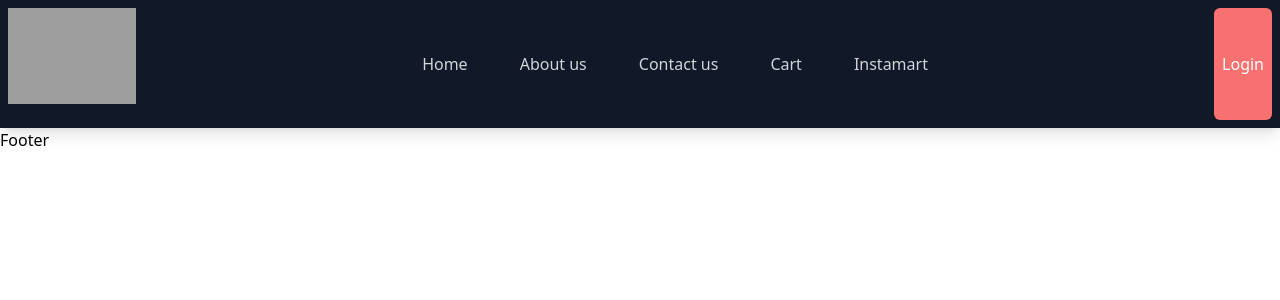
Repository: shivamv97/FOOD-VILLA-APP
Page: /
These files come from the project's save history. The page is drawn as it stood at one moment and after the next save; the edit follows.
The browser window is 1280 px wide. The pictures show the whole page.
Pictures or frames that could not be fetched are drawn as grey boxes. The page's requests for data from a server got no answer. The project was rebuilt for these pictures with package versions that can differ from the ones it lists, and the page was loaded fresh each time. No one was signed in, and anything a server would have sent is missing. Also part of the build but not shown: src/components/RestaurantCards.js, src/components/About.js, src/components/Error.js, src/components/ContactUs.js, src/utils/useRestaurant.js, src/components/RestaurantMenu.js, src/components/Profile.js.

Above is the page before, as saved 2024-09-27 16:24:48.

### index.html
<!DOCTYPE html>
<html lang="en" class="m-0 p-0">
  <head>
    <meta charset="UTF-8" />
    <meta name="viewport" content="width=device-width, initial-scale=1.0" />
    <title>Learning REACT</title>
    <link rel="stylesheet" href="style.css" />
    <!-- <script src="https://cdn.tailwindcss.com"></script> -->
  </head>
  <body>
    <div id="root">Not Rendered</div>
    <!-- <script
      crossorigin
      src="https://unpkg.com/react@18/umd/react.development.js"
    ></script>
    <script
      crossorigin
      src="https://unpkg.com/react-dom@18/umd/react-dom.development.js"
    ></script> -->
    <script type="module" src="src/App.js"></script>
  </body>
</html>

### src/App.js
import React, { lazy, Suspense } from "react";
import ReactDOM from "react-dom/client";
import HeaderComponent from "./components/Title";
import Body from "./components/Body";
import Footer from "./components/Footer";
import About from "./components/About";
import Error from "./components/Error";
import Contact from "./components/ContactUs";
import RestaurantMenu from "./components/RestaurantMenu";
import Profile from "./components/Profile";
import { createBrowserRouter, RouterProvider, Outlet } from "react-router-dom";
import Shimmer from "./components/Shimmer";
// import Instamart from "./components/Instamart";

const Instamart = lazy(() => import("./components/Instamart")); //Lazy Loading
//Return Promise

const AppLayout = () => {
  return (
    <>
      <HeaderComponent />
      <Outlet />
      <Footer />
    </>
  );
};

const appRouter = createBrowserRouter([
  {
    path: "/",
    element: <AppLayout />,
    errorElement: <Error />,
    children: [
      //Nested Routing
      {
        path: "/",
        element: <Body />,
      },
      {
        path: "/About", //parentPath/{path} => localhost:1234/about/profile
        element: <About />,
        children: [
          {
            path: "profile", //parentPath/{path} => localhost:1234/about/profile
            element: <Profile />,
          },
        ],
      },
      {
        path: "/Contact",
        element: <Contact />,
      },
      {
        path: "/Restaurant/:restaurantId", //Dynamic Routing
        element: <RestaurantMenu />,
      },
      {
        path: "/Instamart",
        element: (
          <Suspense fallback={<Shimmer />}>
            <Instamart />
          </Suspense>
        ),
      },
    ],
  },
]);

const root = ReactDOM.createRoot(document.getElementById("root"));

root.render(<RouterProvider router={appRouter} />);
//root will render according to the AppRouter

### src/components/Title.js
import { useState, useContext } from "react";
import { Link } from "react-router-dom";
import UserContext from "../utils/UserContext";
import useOnline from "../utils/useOnline";

const LoggedInUser = () => {
  //API used for authentication
  return true;
};

const Title = () => (
  <a href="/ ">
    <img
      className="h-28 p-2"
      alt="logo"
      src="https://encrypted-tbn0.gstatic.com/images?q=tbn:ANd9GcTJtFXKFKFoihdrJEvX4jBtXqfcO2kJ0KAlIg&s"
    />
  </a>
);

const HeaderComponent = () => {
  const [isLoggedIn, setisLoggedIn] = useState(false);

  const isOnline = useOnline();

  const user = useContext(UserContext);
  return (
    <div className="flex justify-between bg-gray-900 shadow-lg">
      <Title />
      <div className="nav-items">
        <ul className="flex py-10 gap-9 px-2">
          <li className="rounded-md py-3 px-2 font-medium text-gray-300 hover:bg-gray-500 hover:text-white">
            <Link to="/">Home </Link>
          </li>
          <li className="rounded-md py-3 px-2 font-medium text-gray-300 hover:bg-gray-500 hover:text-white">
            <Link to="/About">About us</Link>
          </li>
          <li className="rounded-md py-3 px-2 font-medium text-gray-300 hover:bg-gray-500 hover:text-white">
            <Link to="/Contact">Contact us</Link>
          </li>
          <li className="rounded-md py-3 px-2 font-medium text-gray-300 hover:bg-gray-500 hover:text-white">
            <Link to="#">Cart</Link>
          </li>
          <li className="rounded-md py-3 px-2 font-medium text-gray-300 hover:bg-gray-500 hover:text-white">
            <Link to="/Instamart">Instamart</Link>
          </li>
        </ul>
      </div>
      {/* <h1>{isOnline ? "🟢" : "No"}</h1> */}
      {user.name}
      {isLoggedIn ? (
        <button
          onClick={() => setisLoggedIn(false)}
          className="bg-red-400 text-white rounded-md m-2 p-2"
        >
          Logout
        </button>
      ) : (
        <button
          onClick={() => setisLoggedIn(true)}
          className="bg-red-400 text-white rounded-md m-2 p-2"
        >
          Login
        </button>
      )}
    </div>
  );
};

export default HeaderComponent;

### src/components/Body.js
import { restaurantlist, restaurant_data } from "../config";
import RestrauntCard from "./RestaurantCards";
import { useState, useEffect } from "react";
import Shimmer from "./Shimmer";
import { Link } from "react-router-dom";
import { filterdata } from "../utils/shares";
import useOnline from "../utils/useOnline";

const Body = () => {
  // const searchTxt = "KFC"; //for reference...(IN JS)
  const [AllRestaurants, setAllRestaurants] = useState([]);
  const [FilteredRestaurants, setFilteredRestaurants] = useState([]); //restaurantlist
  const [searchText, setsearchText] = useState(""); //To create state variable.......(IN REACT)
  // console.log("render()");

  useEffect(() => {
    //API call
    GetRestaurants();
  }, []);

  async function GetRestaurants() {
    const data = await fetch(restaurant_data);
    const json = await data.json();
    console.log(json);
    //you have to make change only in line 32,in cards[i],where i is keep changing in the above api link,try from 0-11
    //it's an config-driven UI,Hence,it's Grid Element position keeps on changing.......
    setAllRestaurants(
      json?.data?.cards[1]?.card?.card?.gridElements?.infoWithStyle?.restaurants
    );
    setFilteredRestaurants(
      json?.data?.cards[1]?.card?.card?.gridElements?.infoWithStyle?.restaurants
    );
  }
  const isOnline = useOnline();

  if (!isOnline) {
    return <h1>🚫Offline,please check your internet Connection!!</h1>; //early return
  }

  //Don't render component(Early Return)
  // if (!AllRestaurants) return null;
  // if (FilteredRestaurants?.length === 0) return <h1>No Restaurants Found!</h1>;

  //Conditional rendering
  return AllRestaurants?.length == 0 ? (
    <Shimmer />
  ) : (
    <>
      <div className="p-5 bg-green-50 my-5">
        <input
          type="text"
          className="search-input"
          placeholder="Search"
          value={searchText}
          onChange={(e) => {
            setsearchText(e.target.value);
          }}
        />
        <button
          className="p-2 m-2 bg-purple-600 text-white rounded-md hover:bg-green-400"
          onClick={() => {
            //filter the data according to need
            const data = filterdata(searchText, AllRestaurants);
            setFilteredRestaurants(data);
            //need to update the state-restauradnts
          }}
        >
          Search
        </button>
      </div>
      <div className="flex flex-wrap">
        {FilteredRestaurants.map((restaurant) => {
          return (
            <Link
              to={"/restaurant/" + restaurant.info.id}
              key={restaurant.info.id}
            >
              <RestrauntCard {...restaurant.info} />
            </Link>
          );
        })}
      </div>
    </>
  );
};

export default Body;

### src/components/Footer.js
const Footer = () => {
  return <h2>Footer</h2>;
};

export default Footer;

### src/components/Shimmer.js
const Shimmer = () => {
  return (
    <div className="restaurant-list">
      {Array(10)
        .fill("")
        .map((e, index) => (
          <div key={index} className="shimmer-card"></div>
        ))}
    </div>
  );
};

export default Shimmer;

### src/utils/UserContext.js
import { createContext } from "react";

const UserContext = createContext({
  user: {
    name: "Shivam Verma",
    email: "shivamkv97@gmail.com",
  },
});

export default UserContext;

### src/utils/useOnline.js
import { useEffect, useState } from "react";

const useOnline = () => {
  const [isOnline, setIsOnline] = useState(true);

  useEffect(() => {
    const handleonline = () => {
      setIsOnline(true);
    };
    const handleoffline = () => {
      setIsOnline(false);
    };
    window.addEventListener("online", handleonline); //junior+senior developer role
    window.addEventListener("offline", handleoffline);

    return () => {
      window.removeEventListener("online", handleonline); //senior developer role
      window.removeEventListener("offline", handleoffline);
    };
  }, []);

  return isOnline; //returns true or false
};

export default useOnline;

### src/config.js
//PUT MY all Hard Coded File Here
export const Img_cdn_url =
  "https://media-assets.swiggy.com/swiggy/image/upload/fl_lossy,f_auto,q_auto,h_600/";

export const restaurant_data =
  "https://www.swiggy.com/dapi/restaurants/list/v5?lat=12.960059122809971&lng=77.57337538383284&is-seo-homepage-enabled=true&page_type=DESKTOP_WEB_LISTING";

export const restaurantMenu_data_url =
  "https://www.swiggy.com/dapi/menu/pl?page-type=REGULAR_MENU&complete-menu=true&lat=12.960059122809971&lng=77.57337538383284&restaurantId=";

//Config Driven UI
export const restaurantlist = [
  //public API of Swiggy
  {
    "@type": "type.googleapis.com/swiggy.presentation.food.v2.Restaurant",
    info: {
      id: "8561",
      name: "Mughlai Junction",
      cloudinaryImageId: "tnl2yuuxi8zjbgru6iqj",
      locality: "Connaught Place",
      areaName: "Connaught Place",
      costForTwo: "₹600 for two",
      cuisines: ["Mughlai", "North Indian", "Tandoor"],
      avgRating: 4.3,
      parentId: "5354",
      avgRatingString: "4.3",
      totalRatingsString: "10K+",
      promoted: true,
      adTrackingId:
        "cid=15007607~p=0~adgrpid=15007607#ag1~mp=SWIGGY_IN~bl=FOOD~aet=RESTAURANT~aeid=8561~eid=321f01bc-98c6-405c-89d6-b18422bb8f70~srvts=1721229990431~collid=83639",
      sla: {
        deliveryTime: 37,
        lastMileTravel: 4.8,
        serviceability: "SERVICEABLE",
        slaString: "35-40 mins",
        lastMileTravelString: "4.8 km",
        iconType: "ICON_TYPE_EMPTY",
      },
      availability: {
        nextCloseTime: "2024-07-17 23:00:00",
        opened: true,
      },
      badges: {},
      isOpen: true,
      type: "F",
      badgesV2: {
        entityBadges: {
          textExtendedBadges: {},
          textBased: {},
          imageBased: {},
        },
      },
      aggregatedDiscountInfoV3: {
        header: "10% OFF",
        subHeader: "UPTO ₹35",
      },
      orderabilityCommunication: {
        title: {},
        subTitle: {},
        message: {},
        customIcon: {},
      },
      differentiatedUi: {
        displayType: "ADS_UI_DISPLAY_TYPE_ENUM_DEFAULT",
        differentiatedUiMediaDetails: {
          mediaType: "ADS_MEDIA_ENUM_IMAGE",
          lottie: {},
          video: {},
        },
      },
      reviewsSummary: {},
      displayType: "RESTAURANT_DISPLAY_TYPE_DEFAULT",
      restaurantOfferPresentationInfo: {},
      externalRatings: {
        aggregatedRating: {
          rating: "4.4",
          ratingCount: "1K+",
        },
        source: "GOOGLE",
        sourceIconImageId: "v1704440323/google_ratings/rating_google_tag",
      },
      ratingsDisplayPreference: "RATINGS_DISPLAY_PREFERENCE_SHOW_SWIGGY",
    },
    analytics: {},
    cta: {
      link: "swiggy://menu?restaurant_id=8561&source=collection&query=Biryani",
      text: "RESTAURANT_MENU",
      type: "DEEPLINK",
    },
    widgetId: "collectionV5RestaurantListWidget_SimRestoRelevance_food",
  },

  {
    "@type": "type.googleapis.com/swiggy.presentation.food.v2.Restaurant",
    info: {
      id: "817359",
      name: "Zahra Restaurant & Cafe",
      cloudinaryImageId: "asaqtuuszx7hzmxpnfpo",
      locality: "Old Delhi",
      areaName: "Old Delhi",
      costForTwo: "₹300 for two",
      cuisines: ["Indian", "Tandoor", "Kebabs", "Snacks", "Biryani"],
      avgRating: 4.3,
      parentId: "229129",
      avgRatingString: "4.3",
      totalRatingsString: "100+",
      sla: {
        deliveryTime: 29,
        lastMileTravel: 1.3,
        serviceability: "SERVICEABLE",
        slaString: "25-30 mins",
        lastMileTravelString: "1.3 km",
        iconType: "ICON_TYPE_EMPTY",
      },
      availability: {
        nextCloseTime: "2024-07-17 22:59:00",
        opened: true,
      },
      badges: {},
      isOpen: true,
      type: "F",
      badgesV2: {
        entityBadges: {
          textExtendedBadges: {},
          textBased: {},
          imageBased: {},
        },
      },
      aggregatedDiscountInfoV3: {
        header: "50% OFF",
        subHeader: "UPTO ₹100",
      },
      orderabilityCommunication: {
        title: {},
        subTitle: {},
        message: {},
        customIcon: {},
      },
      differentiatedUi: {
        displayType: "ADS_UI_DISPLAY_TYPE_ENUM_DEFAULT",
        differentiatedUiMediaDetails: {
          mediaType: "ADS_MEDIA_ENUM_IMAGE",
          lottie: {},
          video: {},
        },
      },
      reviewsSummary: {},
      displayType: "RESTAURANT_DISPLAY_TYPE_DEFAULT",
      restaurantOfferPresentationInfo: {},
      externalRatings: {
        aggregatedRating: {
          rating: "--",
        },
      },
      ratingsDisplayPreference: "RATINGS_DISPLAY_PREFERENCE_SHOW_SWIGGY",
    },
    analytics: {},
    cta: {
      link: "swiggy://menu?restaurant_id=817359&source=collection&query=Biryani",
      text: "RESTAURANT_MENU",
      type: "DEEPLINK",
    },
    widgetId: "collectionV5RestaurantListWidget_SimRestoRelevance_food",
  },

  {
    "@type": "type.googleapis.com/swiggy.presentation.food.v2.Restaurant",
    info: {
      id: "81523",
      name: "Amma Mess",
      cloudinaryImageId: "a09jpzja1zusso85bbmz",
      locality: "Karol Bagh",
      areaName: "Karol Bagh",
      costForTwo: "₹300 for two",
      cuisines: ["South Indian"],
      avgRating: 4.5,
      parentId: "15687",
      avgRatingString: "4.5",
      totalRatingsString: "10K+",
      promoted: true,
      adTrackingId:
        "cid=15010070~p=1~adgrpid=15010070#ag1~mp=SWIGGY_IN~bl=FOOD~aet=RESTAURANT~aeid=81523~eid=b2807d99-426d-4265-8bac-9448c8101a5f~srvts=1721229990431~collid=83639",
      sla: {
        deliveryTime: 37,
        lastMileTravel: 6.3,
        serviceability: "SERVICEABLE",
        slaString: "35-40 mins",
        lastMileTravelString: "6.3 km",
        iconType: "ICON_TYPE_EMPTY",
      },
      availability: {
        nextCloseTime: "2024-07-17 22:30:00",
        opened: true,
      },
      badges: {},
      isOpen: true,
      aggregatedDiscountInfoV2: {},
      type: "F",
      badgesV2: {
        entityBadges: {
          textBased: {},
          imageBased: {},
          textExtendedBadges: {},
        },
      },
      orderabilityCommunication: {
        title: {},
        subTitle: {},
        message: {},
        customIcon: {},
      },
      differentiatedUi: {
        displayType: "ADS_UI_DISPLAY_TYPE_ENUM_DEFAULT",
        differentiatedUiMediaDetails: {
          mediaType: "ADS_MEDIA_ENUM_IMAGE",
          lottie: {},
          video: {},
        },
      },
      reviewsSummary: {},
      displayType: "RESTAURANT_DISPLAY_TYPE_DEFAULT",
      restaurantOfferPresentationInfo: {},
      externalRatings: {
        aggregatedRating: {
          rating: "4.2",
          ratingCount: "1K+",
        },
        source: "GOOGLE",
        sourceIconImageId: "v1704440323/google_ratings/rating_google_tag",
      },
      ratingsDisplayPreference: "RATINGS_DISPLAY_PREFERENCE_SHOW_SWIGGY",
    },
    analytics: {},
    cta: {
      link: "swiggy://menu?restaurant_id=81523&source=collection&query=Biryani",
      text: "RESTAURANT_MENU",
      type: "DEEPLINK",
    },
    widgetId: "collectionV5RestaurantListWidget_SimRestoRelevance_food",
  },

  {
    "@type": "type.googleapis.com/swiggy.presentation.food.v2.Restaurant",
    info: {
      id: "144716",
      name: "Mughlai Invitation",
      cloudinaryImageId: "a4530760ed2ff35b487605618cc6dc45",
      areaName: "Chandni Chowk",
      costForTwo: "₹200 for two",
      cuisines: ["Indian", "Mughlai", "Biryani", "Sweets"],
      avgRating: 4.6,
      parentId: "141076",
      avgRatingString: "4.6",
      totalRatingsString: "100+",
      sla: {
        deliveryTime: 30,
        lastMileTravel: 1.5,
        serviceability: "SERVICEABLE",
        slaString: "30-35 mins",
        lastMileTravelString: "1.5 km",
        iconType: "ICON_TYPE_EMPTY",
      },
      availability: {
        nextCloseTime: "2024-07-17 22:59:00",
        opened: true,
      },
      badges: {},
      isOpen: true,
      aggregatedDiscountInfoV2: {},
      type: "F",
      badgesV2: {
        entityBadges: {
          textExtendedBadges: {},
          textBased: {},
          imageBased: {},
        },
      },
      orderabilityCommunication: {
        title: {},
        subTitle: {},
        message: {},
        customIcon: {},
      },
      differentiatedUi: {
        displayType: "ADS_UI_DISPLAY_TYPE_ENUM_DEFAULT",
        differentiatedUiMediaDetails: {
          mediaType: "ADS_MEDIA_ENUM_IMAGE",
          lottie: {},
          video: {},
        },
      },
      reviewsSummary: {},
      displayType: "RESTAURANT_DISPLAY_TYPE_DEFAULT",
      restaurantOfferPresentationInfo: {},
      externalRatings: {
        aggregatedRating: {
          rating: "4.8",
          ratingCount: "100+",
        },
        source: "GOOGLE",
        sourceIconImageId: "v1704440323/google_ratings/rating_google_tag",
      },
      ratingsDisplayPreference: "RATINGS_DISPLAY_PREFERENCE_SHOW_SWIGGY",
    },
    analytics: {},
    cta: {
      link: "swiggy://menu?restaurant_id=144716&source=collection&query=Biryani",
      text: "RESTAURANT_MENU",
      type: "DEEPLINK",
    },
    widgetId: "collectionV5RestaurantListWidget_SimRestoRelevance_food",
  },

  {
    "@type": "type.googleapis.com/swiggy.presentation.food.v2.Restaurant",
    info: {
      id: "64321",
      name: "Southern Masala",
      cloudinaryImageId: "14527e27a298304dd07904f777372cb5",
      locality: "Karol Bagh",
      areaName: "Karol Bagh",
      costForTwo: "₹350 for two",
      cuisines: ["Andhra", "Biryani", "South Indian", "Thalis"],
      avgRating: 3.9,
      parentId: "17286",
      avgRatingString: "3.9",
      totalRatingsString: "1K+",
      promoted: true,
      adTrackingId:
        "cid=15472783~p=2~adgrpid=15472783#ag1~mp=SWIGGY_IN~bl=FOOD~aet=RESTAURANT~aeid=64321~eid=785e1ed6-7474-46a2-ba9f-4a9325d5fabc~srvts=1721229990431~collid=83639",
      sla: {
        deliveryTime: 38,
        lastMileTravel: 5,
        serviceability: "SERVICEABLE",
        slaString: "35-40 mins",
        lastMileTravelString: "5.0 km",
        iconType: "ICON_TYPE_EMPTY",
      },
      availability: {
        nextCloseTime: "2024-07-17 22:00:00",
        opened: true,
      },
      badges: {},
      isOpen: true,
      type: "F",
      badgesV2: {
        entityBadges: {
          textBased: {},
          imageBased: {},
          textExtendedBadges: {},
        },
      },
      aggregatedDiscountInfoV3: {
        header: "₹125 OFF",
        subHeader: "ABOVE ₹199",
        discountTag: "FLAT DEAL",
      },
      orderabilityCommunication: {
        title: {},
        subTitle: {},
        message: {},
        customIcon: {},
      },
      differentiatedUi: {
        displayType: "ADS_UI_DISPLAY_TYPE_ENUM_DEFAULT",
        differentiatedUiMediaDetails: {
          mediaType: "ADS_MEDIA_ENUM_IMAGE",
          lottie: {},
          video: {},
        },
      },
      reviewsSummary: {},
      displayType: "RESTAURANT_DISPLAY_TYPE_DEFAULT",
      restaurantOfferPresentationInfo: {},
      externalRatings: {
        aggregatedRating: {
          rating: "4.1",
          ratingCount: "100+",
        },
        source: "GOOGLE",
        sourceIconImageId: "v1704440323/google_ratings/rating_google_tag",
      },
      ratingsDisplayPreference: "RATINGS_DISPLAY_PREFERENCE_SHOW_SWIGGY",
    },
    analytics: {},
    cta: {
      link: "swiggy://menu?restaurant_id=64321&source=collection&query=Biryani",
      text: "RESTAURANT_MENU",
      type: "DEEPLINK",
    },
    widgetId: "collectionV5RestaurantListWidget_SimRestoRelevance_food",
  },
];

### src/utils/shares.js
export function filterdata(searchText, restaurants) {
  return restaurants.filter((restaurant) =>
    restaurant.info.name.toLowerCase().includes(searchText.toLowerCase())
  );
}

Loaded but not shown: style.css (common file); tailwind.config.js (common file)

After the next save:
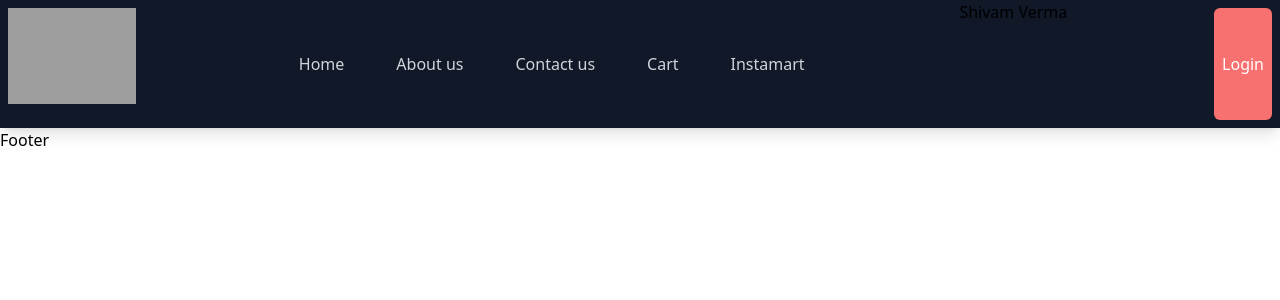
Saved 63 s later.
--- a/src/components/Title.js
+++ b/src/components/Title.js
@@ -23,7 +23,7 @@ const HeaderComponent = () => {
 
   const isOnline = useOnline();
 
-  const user = useContext(UserContext);
+  const { user } = useContext(UserContext);
   return (
     <div className="flex justify-between bg-gray-900 shadow-lg">
       <Title />
